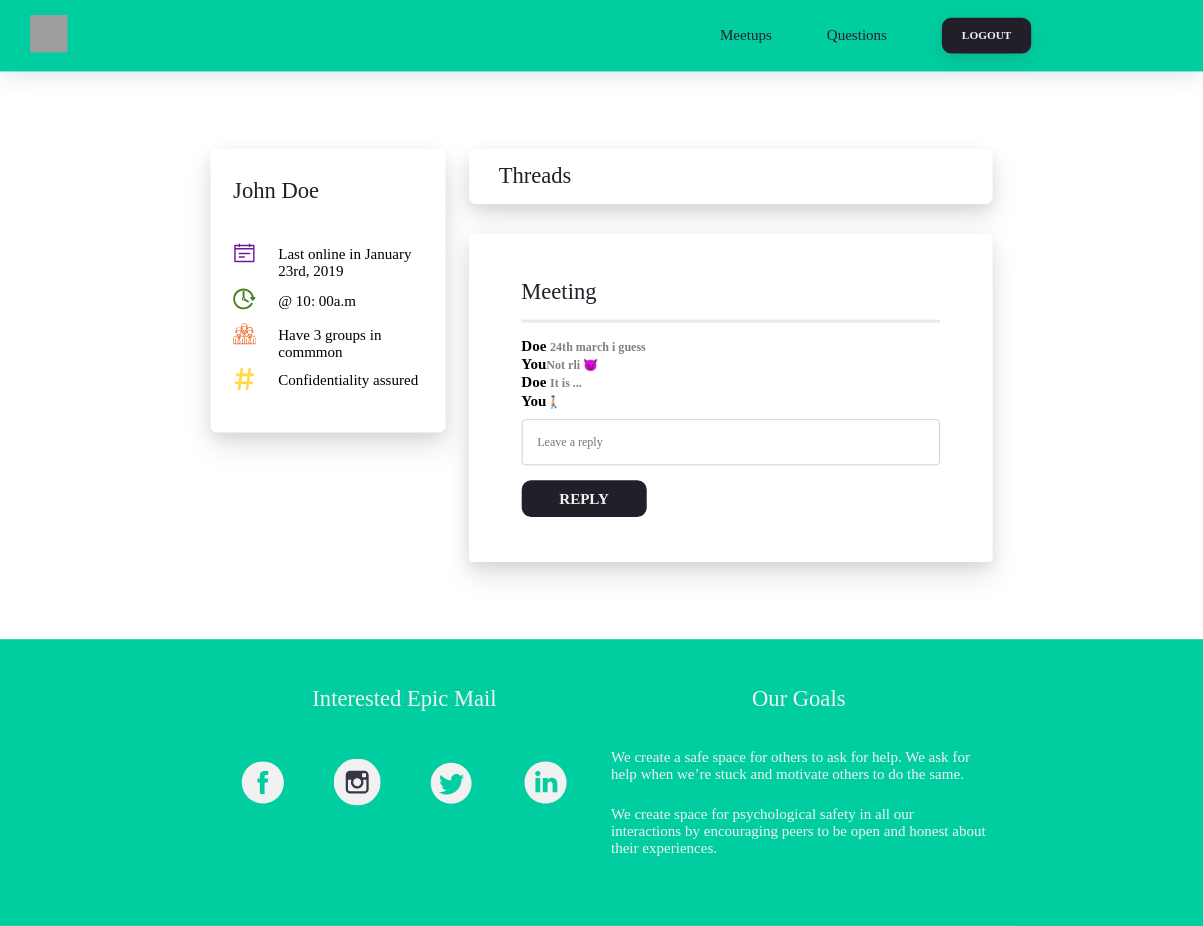
Repository: Gfreedoms/Epic-Mail
Page: pages/individual-messages.html
These files come from the project's save history. The page is drawn as it stood at one moment and after the next save; the edit follows.
The browser window is 1280 px wide. The pictures show the whole page, at 94% of full size.
Pictures or frames that could not be fetched are drawn as grey boxes. Some web fonts or font styles are not loaded; a fallback is used.

Above is the page before, as saved 2019-02-27 08:18:53.

After the next save:
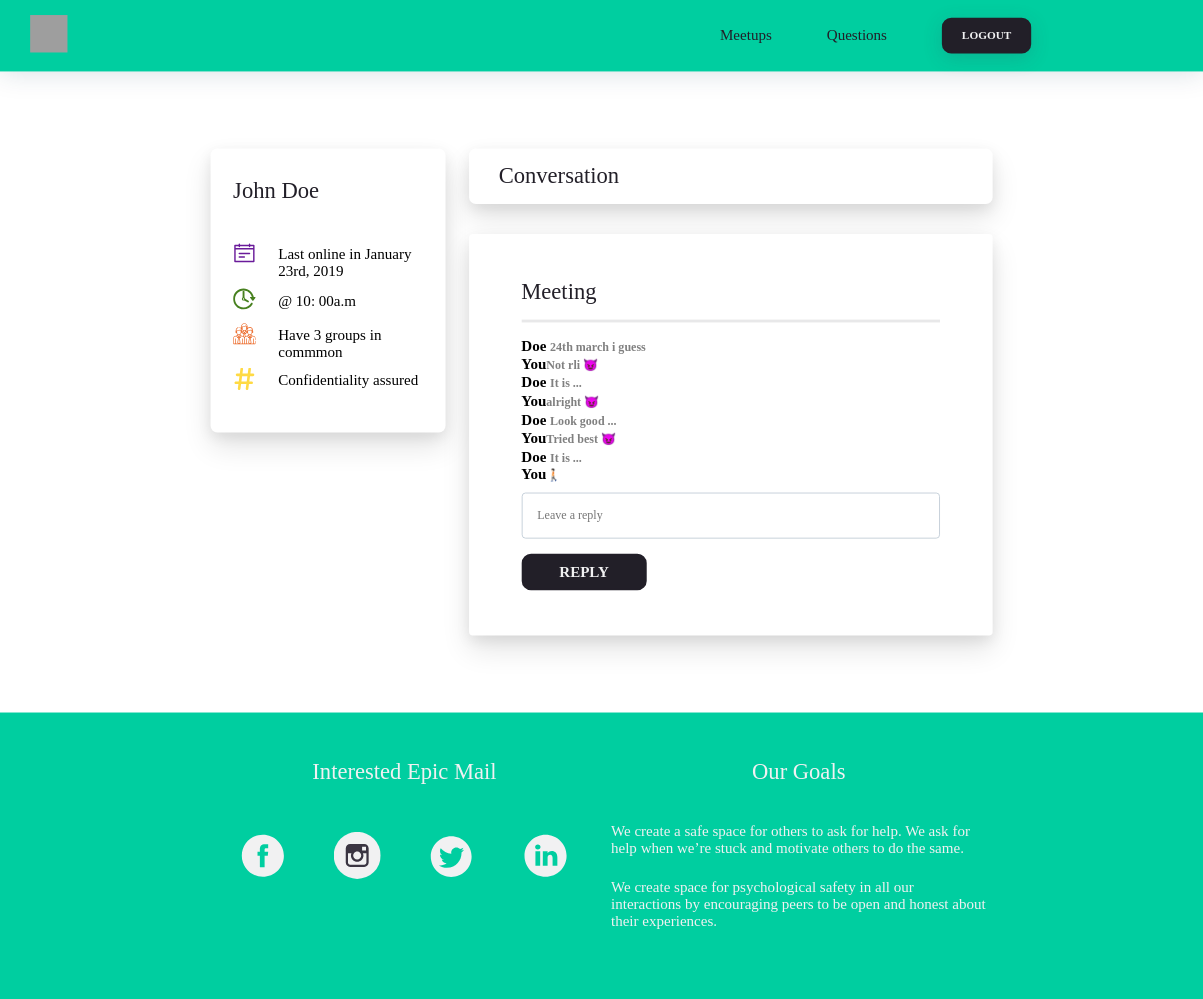
Saved 115 s later.
--- a/pages/individual-messages.html
+++ b/pages/individual-messages.html
@@ -73,7 +73,7 @@
 
 		<div id="questions">
 			<div class="header questions card">
-				<h3 class="md-text title">Threads</h3>
+				<h3 class="md-text title">Conversation</h3>
 			</div>
 			<div class="questions card-lg hover-lg">
 				<div class="content pall-1">
@@ -83,6 +83,10 @@
 					<div class="comments">
 						<p class="sm-text sm ">Doe <span>24th march i guess</span> </p>
 						<p class="sm-text sm ">You<span>Not rli 😈</span> </p>
+                        <p class="sm-text sm ">Doe <span>It is ...</span> </p>
+                        <p class="sm-text sm ">You<span>alright 😈</span> </p>
+                        <p class="sm-text sm ">Doe <span>Look good ...</span> </p>
+                        <p class="sm-text sm ">You<span>Tried best 😈</span> </p>
 						<p class="sm-text sm ">Doe <span>It is ...</span> </p>
 						<p class="sm-text sm ">You<span>🚶🏻</span> </p>
 					</div>
